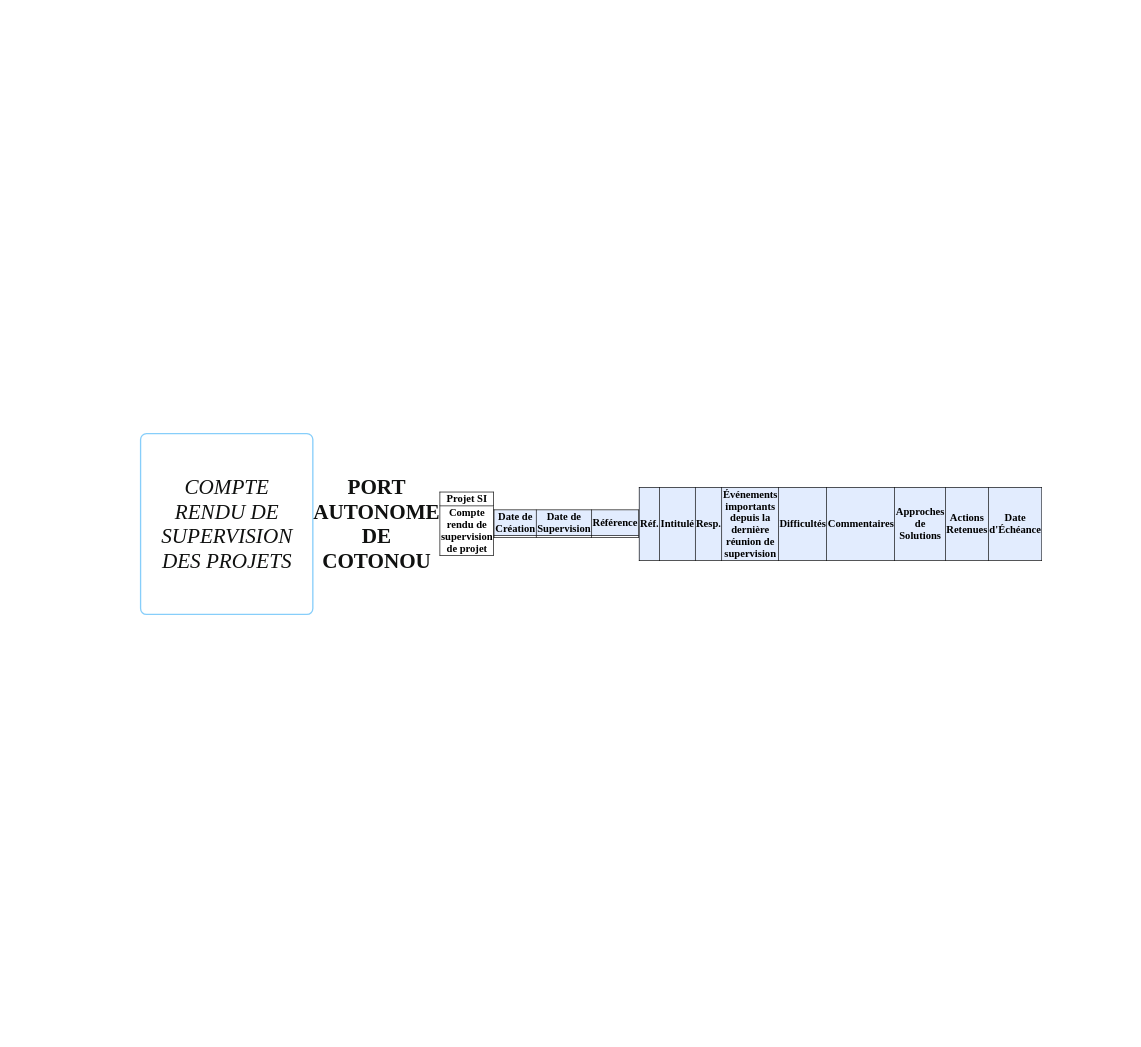
Repository: A2blackMZ/Project
Page: resources/views/report/seanceReport.blade.php
The author's editor kept a copy of each file at every save. The page is drawn from the files as they stood at one save, then again after the next save.
The browser window is 1280 px wide. The page is 1579 px wide, then 1729 px, so the pictures cover 1729 px, including what lies to the right of the window. The pictures show the whole page, at 66% of full size.
The page is served by the project's Laravel application, run on PHP 8.4 with Laravel 10. Other server files are loaded and not shown. The template is opened directly, without the code that normally fills it, so the values that code supplies are empty.

Above is the page before, as saved 2024-04-04 10:17:38.

### app/Http/Controllers/API/AuthController.php
<?php

namespace App\Http\Controllers\API;

use App\Http\Controllers\Controller;
use Illuminate\Http\Request;
use Illuminate\Support\Facades\Hash;
use Illuminate\Support\Facades\Auth;
use App\Models\User;

class AuthController extends Controller
{
    public function register(Request $request)
    {
        // Validez les données du formulaire d'inscription
        $request->validate([
            'name' => 'required|string',
            'email' => 'required|email|unique:users',
            'password' => 'required|string|min:8',
        ]);

        // Créez un nouvel utilisateur
        $user = new User([
            'name' => $request->input('name'),
            'email' => $request->input('email'),
            'password' => Hash::make($request->input('password')),
        ]);

        // Enregistrez l'utilisateur dans la base de données
        $user->save();

        // Générez un jeton d'accès pour l'utilisateur nouvellement inscrit
        $token = $user->createToken('MyAppToken')->accessToken;

        // Réponse avec le jeton d'accès et les informations de l'utilisateur
        return response()->json([
            'message' => 'Inscription réussie',
            'user' => $user,
            'access_token' => $token,
        ], 201); // Code de réponse 201 pour la création réussie
    }


    public function login(Request $request)
    {
        // Validez les données de connexion
        $request->validate([
            'email' => 'required|email',
            'password' => 'required|string',
        ]);

        // Tentez de connecter l'utilisateur
        if (Auth::attempt(['email' => $request->input('email'), 'password' => $request->input('password')])) {
            // Authentification réussie, générez un jeton d'accès pour l'utilisateur
            $user = Auth::user();
            $token = $user->createToken('MyAppToken')->accessToken;

            // Réponse avec le jeton d'accès et les informations de l'utilisateur
            return response()->json([
                'message' => 'Authentification réussie',
                'user' => $user,
                'access_token' => $token,
            ], 200); // Code de réponse 200 pour la réussite de l'authentification
        } else {
            // Échec de l'authentification
            return response()->json([
                'message' => 'Échec de l\'authentification',
            ], 401); // Code de réponse 401 pour l'échec de l'authentification
        }
    }

    public function user(Request $request)
    {
        return $request->user();
    }

    public function logout()
    {
        Auth::user()->tokens->each(function ($token, $key) {
            $token->delete();
        });

        return response()->json(['message' => 'Déconnexion réussie']);
    }

    public function getUser()
    {
        $user = Auth::user();

        return response()->json(['user' => $user]);
    }

    public function getUserInfo(Request $request)
    {
        $user = $request->user(); // Récupérez l'utilisateur à partir du jeton d'accès
        $userInfo = [
            'id' => $user->id,
            'name' => $user->name,
        ];

        return response()->json($userInfo);
    }
}

### routes/web.php
<?php

use App\Http\Controllers\SeanceController;
use Illuminate\Support\Facades\Route;

/*
|--------------------------------------------------------------------------
| Web Routes
|--------------------------------------------------------------------------
|
| Here is where you can register web routes for your application. These
| routes are loaded by the RouteServiceProvider and all of them will
| be assigned to the "web" middleware group. Make something great!
|
*/

Route::get('/', function () {
   return 'Je m\'appelle Shadrac';
    // return view('welcome');
});














Route::get('generate_pdf/{seanceId}', [SeanceController::class, 'generatePDF']);

Route::post('seances/{id}/generate-report', [SeanceController::class, 'generateReport']);

### resources/views/report/seanceReport.blade.php
<!DOCTYPE html>
<html lang="en">
<head>
    <meta charset="UTF-8">
    <title>Report de Séance</title>
    <style>
        .title-page {
            margin: 0;
            font-size: 2em; /* Taille du titre */
            text-align: center;
            color: #101110;
        }

        table {
            width: 100%;
            border-collapse: collapse;
        }
        table, th, td {
            border: 1px solid black;
        }
        th, td {
            border: 1px solid black;
            text-align: center;
        }
        th {
            background-color: #e2ecfe;
            font-weight: bold;
        }
        h1 {
            text-align: center;
            color: #101110;
        }

        body {
            margin: 0;
            display: flex;
            justify-content: center;
            align-items: center;
            height: 100vh;
            width: 395mm; /* Largeur A3 */
            height: 420mm; /* Hauteur A3 */
        }

        .card {
            width: 350px;
            padding: 30px;
            background-color: #ffffff;
            border: 2px solid #87CEFA;
            border-radius: 10px;
            margin-bottom: 350px;
            margin-top: 350px;
            margin-left: 20%;
        }


    </style>
</head>
<body>
    <div class="card">
        <div class="title-page">
            <p><em>COMPTE RENDU DE SUPERVISION DES PROJETS</em></p>
        </div>
    </div>

    <br><br>

    <h1>PORT AUTONOME DE COTONOU</h1>
    <br><br>
    <table>
        <tr color: #101110;>
            <td><strong>Projet SI</strong></td>
        </tr>
        <tr>
            <td><strong>Compte rendu de supervision de projet</strong></td>
        </tr>
    </table>

    <br><br>
    <table>
        <tr>
            <th>Date de Création</th>
            <th>Date de Supervision</th>
            <th>Référence</th>
        </tr>
        <tr>
            <td>{{ $seance->date_creation }}</td>
            <td>{{ $seance->date_supervision }}</td>
            <td>{{ $seance->reference }}</td>
        </tr>
    </table>

    <br><br>
    <table>
        <thead>
            <tr>
                <th>Réf.</th>
                <th>Intitulé</th>
                <th>Resp.</th>
                <th>Événements importants depuis la dernière réunion de supervision</th>
                <th>Difficultés</th>
                <th>Commentaires</th>
                <th>Approches de Solutions</th>
                <th>Actions Retenues</th>
                <th>Date d'Échéance</th>
            </tr>
        </thead>
        <tbody>
            @foreach($compteRendus as $index => $compteRendu)
                <tr>
                    @if ($index === 0)
                        <td rowspan="{{ count($compteRendus) }}">{{ $seance->reference }}</td>
                    @endif
                    <td>{{ $projets[$index]->nom }}</td>
                    <td>{{ $seance->nom_chef_projet }}</td>
                    <td>{!! $compteRendu->evenement !!}</td>
                    <td>{!! $compteRendu->difficultes !!}</td>
                    <td>{!! $compteRendu->commentaires !!}</td>
                    <td>{!! $compteRendu->approche_solution !!}</td>
                    <td>{!! $compteRendu->action_retenu !!}</td>
                    <td>{{ $compteRendu->date }}</td>
                </tr>
            @endforeach
        </tbody>
    </table>

</body>
</html>

Loaded but not shown: app/Http/Controllers/Controller.php (common file)

After the next save:
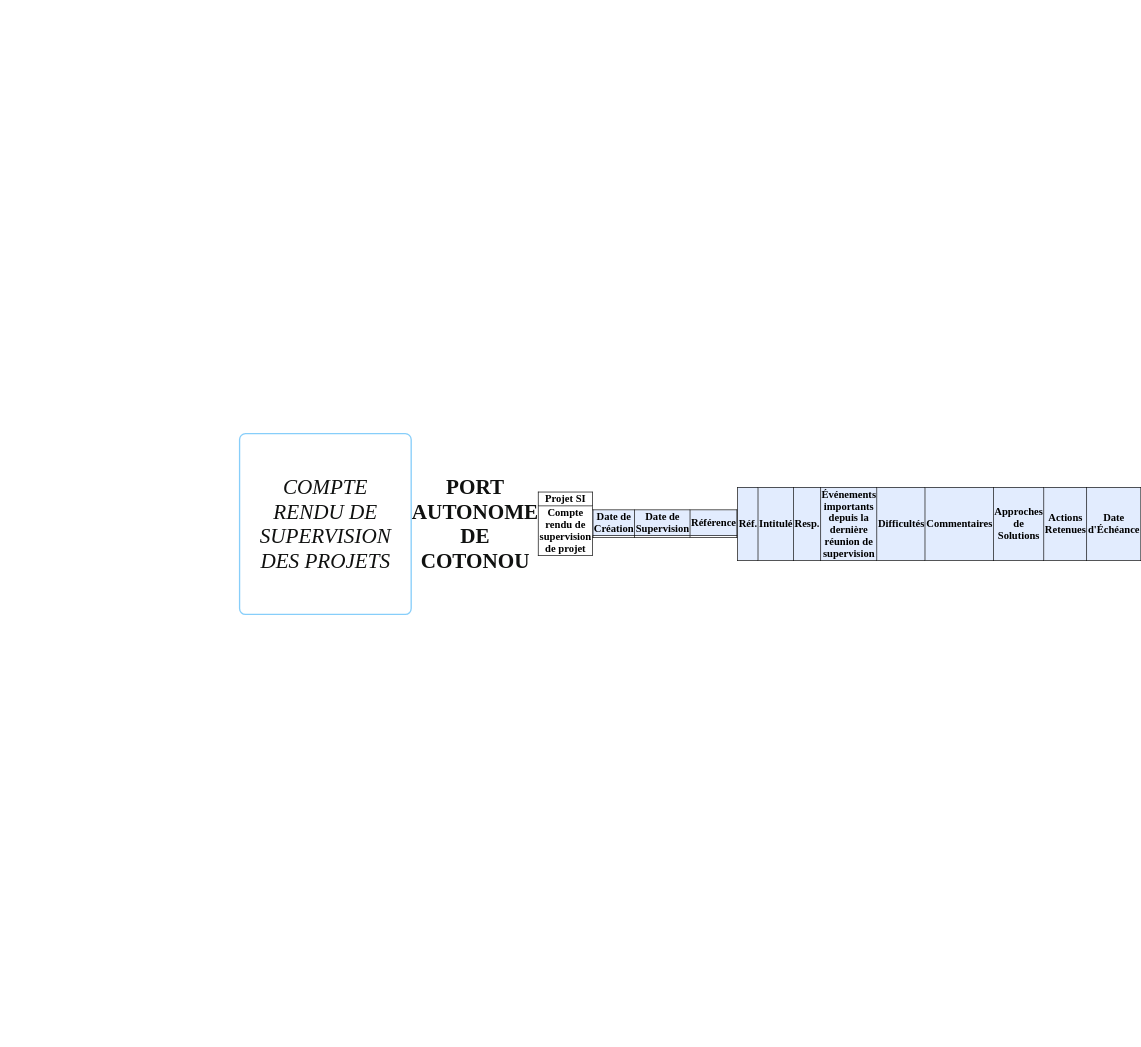
Saved 39 s later.
--- a/resources/views/report/seanceReport.blade.php
+++ b/resources/views/report/seanceReport.blade.php
@@ -49,7 +49,7 @@
             border-radius: 10px;
             margin-bottom: 350px;
             margin-top: 350px;
-            margin-left: 20%;
+            margin-left: 40%;
         }
 
 
